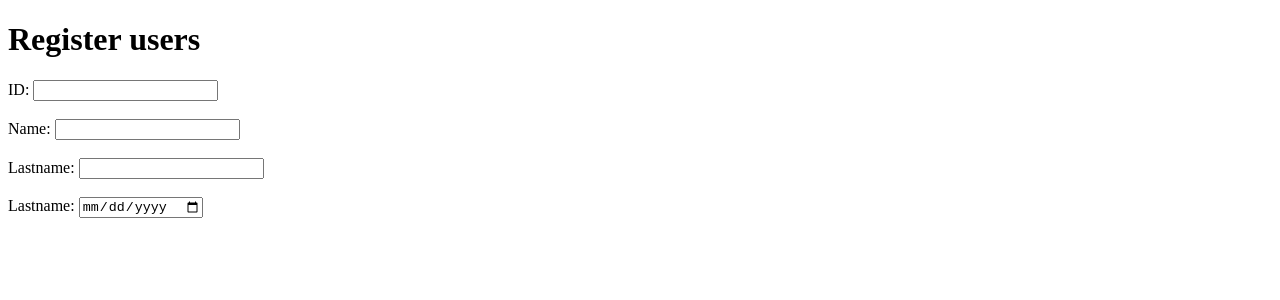
Repository: NicolasReatiga/course-aws
Page: templates/register.html
The author's editor kept a record of every edit. The page is drawn from the files as they stood at one moment, then again after the next edit.
The browser window is 1280 px wide. The pictures show the whole page.

Above is the page before.

After the next edit:
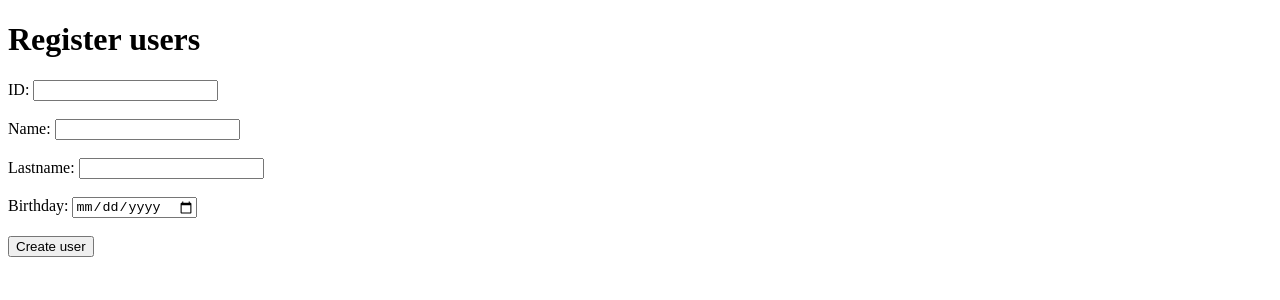
The edit:
--- a/templates/register.html
+++ b/templates/register.html
@@ -13,7 +13,8 @@
                 <label>ID: <input type="number" name="id"/></label> <br/><br/>
                 <label>Name: <input type="text" name="name"/></label> <br/><br/>
                 <label>Lastname: <input type="text" name="lastname"/></label> <br/><br/>
-                <label>Lastname: <input type="date" name="lastname"/></label> <br/><br/>
+                <label>Birthday: <input type="date" name="birthday"/></label> <br/><br/>
+                <button>Create user</button>
             </form>
         </div>
     </body>
